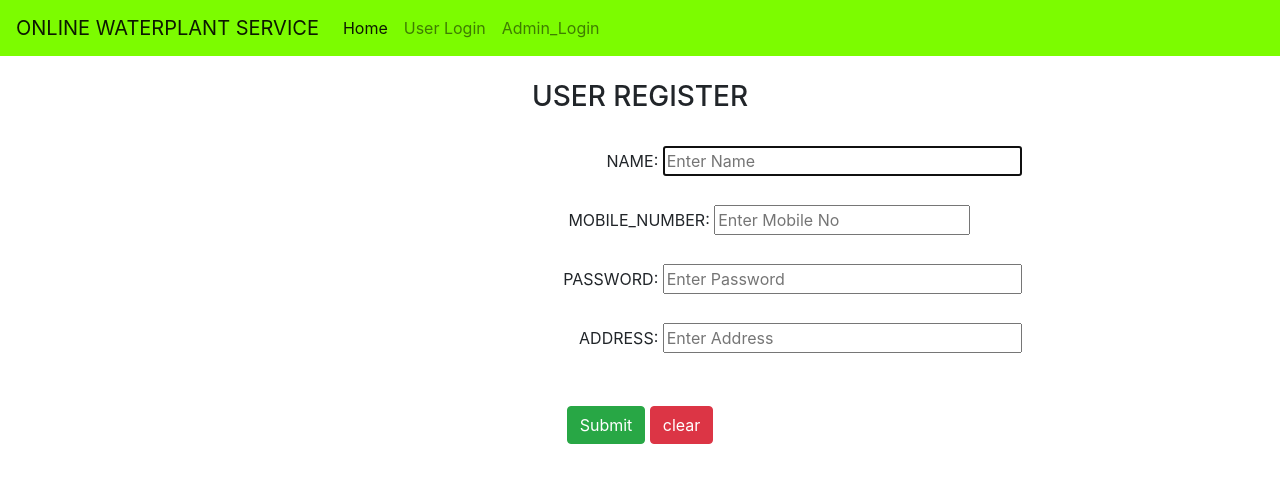
Repository: SHARMILAG97/WebApplication
Page: http://localhost/waterplant_web/userregister.jsp
An editor plug-in stored every save of this project. The page is shown before and after the next save, followed by the edit.
The browser window is 1280 px wide. The pictures show the whole page.
The page is served by Tomcat 9.

Above is the page before, as saved 2019-09-18 09:33:17.
Console error: TypeError: Cannot read properties of undefined (reading 'fn')

After the next save:
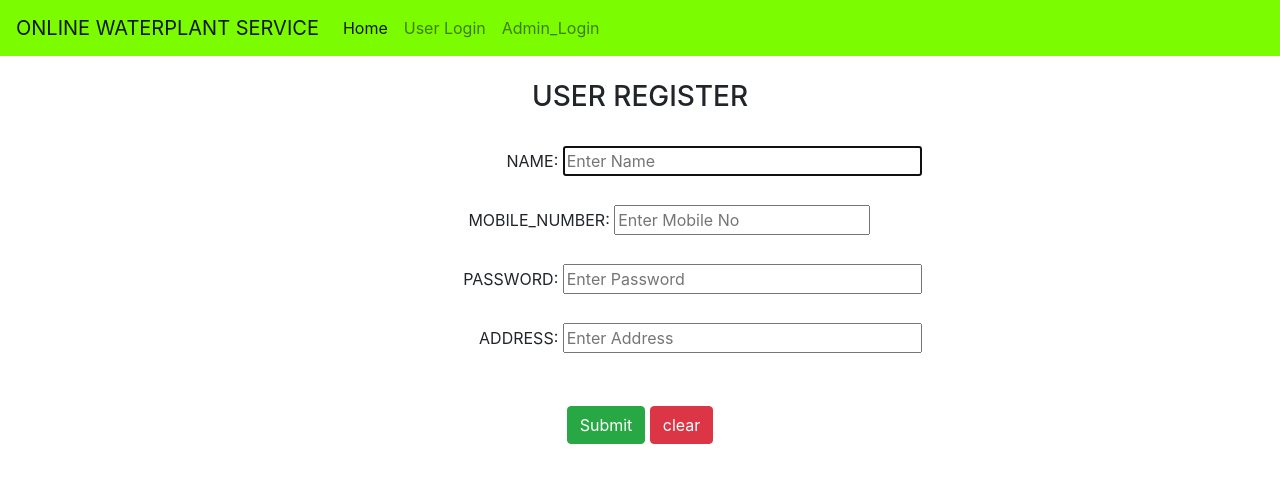
Saved 12 s later.
--- a/waterplant_web/src/main/webapp/userregister.jsp
+++ b/waterplant_web/src/main/webapp/userregister.jsp
@@ -12,7 +12,7 @@
 
 <style type="text/css">
    label{
-  width: 400px;
+  width: 200px;
   display: inline-block;
   text-align: right;
    }
